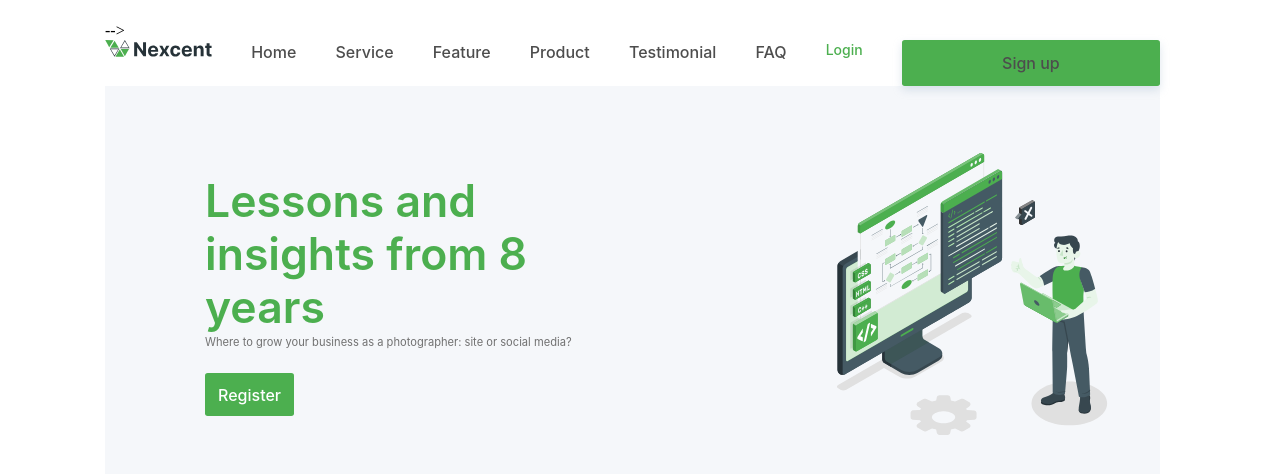
Repository: kubrazamanova/Folder4
Page: homePage/index.html
These files come from the project's save history. The page is drawn as it stood at one moment and after the next save; the edit follows.
The browser window is 1280 px wide. The pictures show the whole page.

Above is the page before, as saved 2023-11-11 11:29:37.

### homePage/index.html
<!DOCTYPE html>
<html lang="en">
  <head>
    <meta charset="UTF-8" />
    <meta name="viewport" content="width=device-width, initial-scale=1.0" />
    <link rel="stylesheet" href="index.css" />
    <title>Document</title>
  </head>
  <body>

    <div class="container">

</html>  -->

      <nav>
        <ul>
          <li>
            <div class="box1">
              <svg
                xmlns="http://www.w3.org/2000/svg"
                width="25"
                height="17"
                viewBox="0 0 25 17"
                fill="none"
              >
                <path
                  d="M13.3106 9.17145L9.55812 15.5982L5.80569 9.17145H13.3106ZM14.3159 8.59705H4.79636L9.55812 16.7349L14.3159 8.59705Z"
                  fill="#263238"
                />
                <path
                  d="M19.8347 1.17808L23.5871 7.60481H16.0822L19.8347 1.17808ZM19.8347 0.0292969L15.0729 8.16715H24.5965L19.8347 0.0292969Z"
                  fill="#263238"
                />
                <path
                  d="M0.234009 0.0292969L4.2266 7.22725L8.58952 0.210039L0.234009 0.0292969Z"
                  fill="#4CAF4F"
                />
                <path
                  d="M9.55825 0.659912L13.7462 7.8177H5.36218L9.55825 0.659912Z"
                  fill="#4CAF4F"
                />
                <path
                  d="M14.8247 9.38037L19.0167 16.735H10.4332L14.6944 9.38037H14.8247Z"
                  fill="#4CAF4F"
                />
                <path
                  d="M15.7322 8.93445L19.8347 16.1766L23.9941 8.93445H15.7322Z"
                  fill="#4CAF4F"
                />
              </svg>
              <svg
                xmlns="http://www.w3.org/2000/svg"
                width="78"
                height="15"
                viewBox="0 0 78 15"
                fill="none"
              >
                <path
                  d="M12.0209 0.19104V14.3655H9.43242L3.26568 5.44419H3.16186V14.3655H0.165009V0.19104H2.79504L8.91334 9.10548H9.03792V0.19104H12.0209Z"
                  fill="#263238"
                />
                <path
                  d="M19.2864 14.5732C18.1929 14.5732 17.2516 14.3517 16.4626 13.9087C15.6782 13.4612 15.0737 12.8291 14.6492 12.0124C14.2247 11.191 14.0125 10.2198 14.0125 9.09855C14.0125 8.00501 14.2247 7.04528 14.6492 6.21936C15.0737 5.39343 15.6713 4.74977 16.4418 4.28836C17.217 3.82695 18.126 3.59624 19.1687 3.59624C19.8701 3.59624 20.523 3.70929 21.1274 3.93538C21.7365 4.15686 22.2671 4.49138 22.7193 4.93895C23.1761 5.38651 23.5314 5.94943 23.7851 6.62771C24.0389 7.30136 24.1658 8.09037 24.1658 8.99474V9.80451H15.1891V7.97733H21.3904C21.3904 7.55283 21.2982 7.17678 21.1136 6.84918C20.929 6.52158 20.6729 6.2655 20.3453 6.08094C20.0224 5.89176 19.6463 5.79717 19.2172 5.79717C18.7696 5.79717 18.3728 5.90098 18.0268 6.10862C17.6853 6.31164 17.4177 6.58618 17.2239 6.93224C17.0301 7.27368 16.9309 7.65434 16.9263 8.07422V9.81143C16.9263 10.3374 17.0232 10.7919 17.217 11.1749C17.4154 11.5579 17.6945 11.8532 18.0544 12.0608C18.4143 12.2684 18.8411 12.3723 19.3349 12.3723C19.6625 12.3723 19.9624 12.3261 20.2346 12.2338C20.5068 12.1416 20.7398 12.0031 20.9336 11.8186C21.1274 11.634 21.2751 11.4079 21.3766 11.1403L24.1035 11.3202C23.9651 11.9754 23.6813 12.5476 23.2522 13.0367C22.8277 13.5212 22.2786 13.8995 21.605 14.1718C20.9359 14.4394 20.1631 14.5732 19.2864 14.5732Z"
                  fill="#263238"
                />
                <path
                  d="M28.3635 3.73467L30.3152 7.45132L32.3155 3.73467H35.34L32.2601 9.05011L35.4231 14.3655H32.4124L30.3152 10.6904L28.2527 14.3655H25.2074L28.3635 9.05011L25.3182 3.73467H28.3635Z"
                  fill="#263238"
                />
                <path
                  d="M41.5137 14.5732C40.4247 14.5732 39.4881 14.3425 38.7037 13.8811C37.9239 13.415 37.3241 12.7691 36.9042 11.9431C36.4889 11.1172 36.2813 10.1667 36.2813 9.09163C36.2813 8.00271 36.4912 7.04759 36.9111 6.22628C37.3356 5.40036 37.9377 4.75669 38.7175 4.29528C39.4973 3.82926 40.4247 3.59624 41.4998 3.59624C42.4273 3.59624 43.2393 3.76466 43.9361 4.10149C44.6328 4.43832 45.1842 4.91126 45.5902 5.52032C45.9963 6.12938 46.22 6.84457 46.2616 7.66588H43.4793C43.4008 7.13526 43.1932 6.70845 42.8564 6.38547C42.5241 6.05786 42.0881 5.89406 41.5483 5.89406C41.0915 5.89406 40.6924 6.01864 40.3509 6.26781C40.0141 6.51235 39.7511 6.86995 39.5619 7.34058C39.3727 7.81122 39.2781 8.38106 39.2781 9.05011C39.2781 9.72838 39.3704 10.3051 39.555 10.7804C39.7442 11.2556 40.0095 11.6179 40.3509 11.867C40.6924 12.1162 41.0915 12.2408 41.5483 12.2408C41.8851 12.2408 42.1873 12.1715 42.4549 12.0331C42.7272 11.8947 42.951 11.694 43.1263 11.431C43.3062 11.1634 43.4239 10.8427 43.4793 10.4689H46.2616C46.2154 11.281 45.9939 11.9962 45.5971 12.6145C45.2049 13.2282 44.6628 13.708 43.9707 14.0541C43.2786 14.4002 42.4596 14.5732 41.5137 14.5732Z"
                  fill="#263238"
                />
                <path
                  d="M52.9941 14.5732C51.9006 14.5732 50.9593 14.3517 50.1703 13.9087C49.3859 13.4612 48.7814 12.8291 48.3569 12.0124C47.9324 11.191 47.7202 10.2198 47.7202 9.09855C47.7202 8.00501 47.9324 7.04528 48.3569 6.21936C48.7814 5.39343 49.379 4.74977 50.1495 4.28836C50.9247 3.82695 51.8337 3.59624 52.8764 3.59624C53.5778 3.59624 54.2307 3.70929 54.8351 3.93538C55.4442 4.15686 55.9748 4.49138 56.427 4.93895C56.8838 5.38651 57.2391 5.94943 57.4929 6.62771C57.7466 7.30136 57.8735 8.09037 57.8735 8.99474V9.80451H48.8968V7.97733H55.0981C55.0981 7.55283 55.0059 7.17678 54.8213 6.84918C54.6367 6.52158 54.3806 6.2655 54.053 6.08094C53.7301 5.89176 53.354 5.79717 52.9249 5.79717C52.4773 5.79717 52.0805 5.90098 51.7345 6.10862C51.393 6.31164 51.1254 6.58618 50.9316 6.93224C50.7378 7.27368 50.6386 7.65434 50.634 8.07422V9.81143C50.634 10.3374 50.7309 10.7919 50.9247 11.1749C51.1231 11.5579 51.4022 11.8532 51.7621 12.0608C52.122 12.2684 52.5488 12.3723 53.0426 12.3723C53.3702 12.3723 53.6701 12.3261 53.9423 12.2338C54.2145 12.1416 54.4475 12.0031 54.6413 11.8186C54.8351 11.634 54.9828 11.4079 55.0843 11.1403L57.8112 11.3202C57.6728 11.9754 57.389 12.5476 56.9599 13.0367C56.5354 13.5212 55.9864 13.8995 55.3127 14.1718C54.6437 14.4394 53.8708 14.5732 52.9941 14.5732Z"
                  fill="#263238"
                />
                <path
                  d="M62.746 8.21957V14.3655H59.7976V3.73467H62.6076V5.6103H62.7322C62.9675 4.99201 63.362 4.50291 63.9157 4.14301C64.4694 3.7785 65.1407 3.59624 65.9297 3.59624C66.668 3.59624 67.3117 3.75774 67.8607 4.08072C68.4098 4.40371 68.8366 4.86512 69.1411 5.46495C69.4457 6.06017 69.5979 6.77074 69.5979 7.59667V14.3655H66.6495V8.12267C66.6541 7.47209 66.488 6.96453 66.1512 6.60002C65.8144 6.23089 65.3507 6.04633 64.7601 6.04633C64.3632 6.04633 64.0126 6.13169 63.708 6.30241C63.4081 6.47313 63.1728 6.72229 63.0021 7.0499C62.836 7.37288 62.7506 7.76277 62.746 8.21957Z"
                  fill="#263238"
                />
                <path
                  d="M77.5763 3.73467V5.94943H71.1742V3.73467H77.5763ZM72.6277 1.18769H75.5761V11.0988C75.5761 11.371 75.6176 11.5832 75.7007 11.7355C75.7837 11.8832 75.8991 11.987 76.0467 12.047C76.199 12.1069 76.3743 12.1369 76.5727 12.1369C76.7111 12.1369 76.8496 12.1254 76.988 12.1023C77.1264 12.0746 77.2325 12.0539 77.3064 12.04L77.7701 14.234C77.6224 14.2802 77.4148 14.3332 77.1472 14.3932C76.8796 14.4578 76.5543 14.497 76.1713 14.5109C75.4607 14.5386 74.8378 14.444 74.3026 14.2271C73.772 14.0103 73.359 13.6734 73.0637 13.2166C72.7684 12.7598 72.6231 12.1831 72.6277 11.4863V1.18769Z"
                  fill="#263238"
                />
              </svg>
            </div>
          </li>
          <li>
            <a href="#">Home</a>
          </li>

          <li>
            <a href="#">Service</a>
          </li>
          <li>
            <a href="#">Feature</a>
          </li>

          <li>
            <a href="#">Product</a>
          </li>

          <li>
            <a href="#">Testimonial</a>
          </li>

          <li>
            <a href="#">FAQ</a>
          </li>

          <li>
            <a href="#">Login</a>
          </li>

          <li>
            <a href="#">Sign up</a>
          </li>
        </ul>
      </nav>

      <div class="box2">
        <div class="left-side">
          <h1>Lessons and insights from 8 years</h1>
          <h2>
            Where to grow your business as a photographer: site or social media?
          </h2>
          <a href="#">Register</a>
        </div>

        <div class="right-side">
          <img src="../images/Illustration.svg" alt="" />
        </div>
      </div>
    </div>
  </body>
</html>

### homePage/index.css
* {
  margin: 0;
  padding: 0;
  box-sizing: border-box;
}

.container {
  min-height: 100vh;
  padding: 22px 120px 96px 105px;
}

.container nav ul {
  display: flex;
  justify-content: space-between;
}

.container nav ul li {
  list-style-type: none;
}

.container nav ul li a {
  color: var(--neutral-d-grey, #4d4d4d);
  text-align: center;
  font-family: Inter;
  font-size: 16px;
  font-style: normal;
  font-weight: 500;
  line-height: 24px;
  text-decoration: none;
}

.container nav ul li:last-child {
  text-decoration: none;
  color: var(--neutral-white, #fff);
  text-align: center;
  font-family: Inter;
  font-size: 16px;
  font-style: normal;
  font-weight: 500;
  line-height: 24px;
  display: flex;
  /* width: 133px; */
  padding: 11.137px 100.234px;
  justify-content: center;
  align-items: center;
  gap: 43.852px;
  background: var(--neutral-white, #fff);
  box-shadow: 0px 4px 8px 0px rgba(171, 190, 209, 0.4);
  border-radius: 2.784px;
  background: var(--brand-primary, #4caf4f);
}

.container nav ul li:nth-child(8) a {
  color: var(--brand-primary, #4caf4f);
  text-align: center;
  font-feature-settings: "salt" on, "clig" off, "liga" off;
  font-family: Inter;
  font-size: 14px;
  font-style: normal;
  font-weight: 500;
  line-height: 20px;
}

.container .box2 {
  display: flex;
  justify-content: space-between;
  align-items: center;
  padding: 66px 52px 66px 100px;
  background: var(--neutral-silver, #f5f7fa);
}

.container .box2 .left-side h1 {
  width: 450px;
  /* display: block;
    margin-top: 111px; */
  color: var(--neutral-d-grey, #4d4d4d);
  font-family: Inter;
  font-size: 44.548px;
  font-style: normal;
  font-weight: 600;
  line-height: 52.901px;
  color: var(--brand-primary, #4caf4f);
  font-family: Inter;
  font-size: 44.548px;
  font-style: normal;
  font-weight: 600;
  line-height: 52.901px;
  align-self: stretch;
}

.container .box2 .left-side h2 {
  /* display: flex;
     margin-bottom: 120px; */
  color: var(--neutral-grey, #717171);
  font-family: Inter;
  font-size: 11.137px;
  font-style: normal;
  font-weight: 400;
  line-height: 16.706px;
  margin-bottom: 22px;
}

.container .box2 .left-side a {
  width: 89px;
  text-decoration: none;
  color: var(--neutral-white, #fff);
  text-align: center;
  font-family: Inter;
  font-size: 16px;
  font-style: normal;
  font-weight: 500;
  line-height: 24px;
  display: flex;
  padding: 9.745px 22.274px;
  justify-content: center;
  align-items: center;
  gap: 6.961px;
  border-radius: 2.784px;
  background: var(--brand-primary, #4caf4f);
}

.container .box2 .right-side img {
  width: 272.163px;
  height: 283.3px;
}

After the next save:
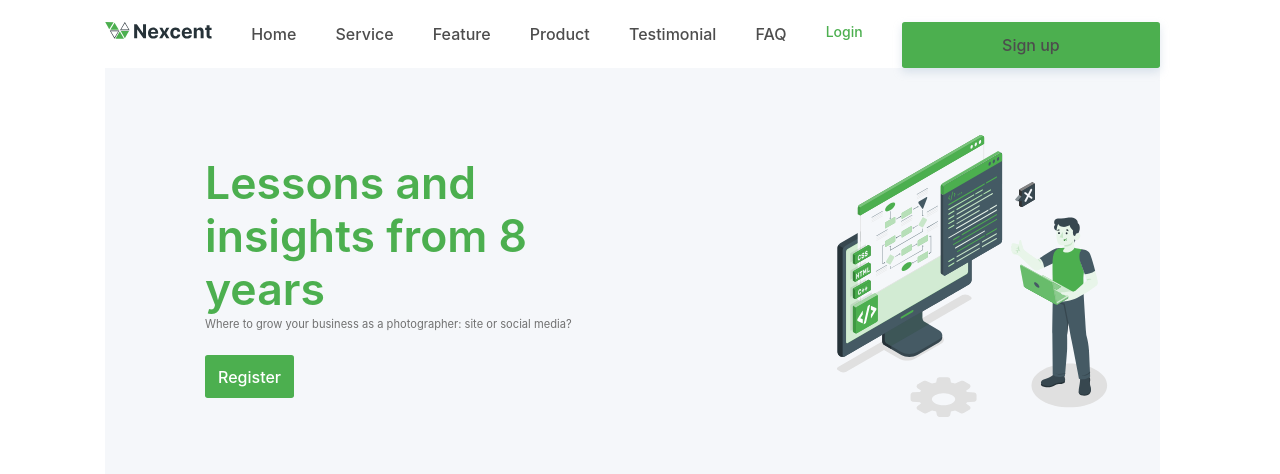
Saved 6 s later.
--- a/homePage/index.html
+++ b/homePage/index.html
@@ -10,7 +10,7 @@
 
     <div class="container">
 
-</html>  -->
+
 
       <nav>
         <ul>
